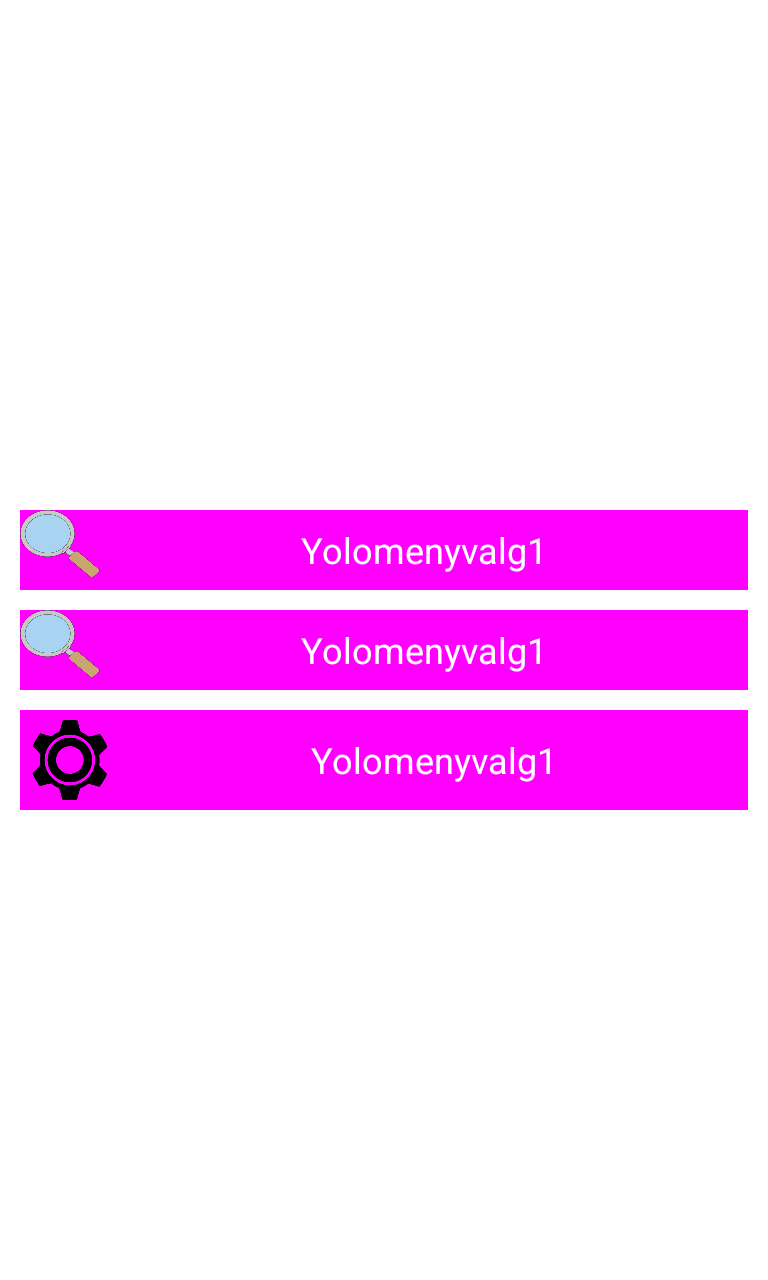
Repository: pumalove/workspace
Layout: MainActivity/res/layout/gridview.xml
These files come from the project's save history. The layout is drawn as it stood at one moment and after the next save; the edit follows.
It is drawn on a 768 x 1280 px phone screen (xhdpi) without system bars, with theme AppTheme; the app's code is not run. Lists and similar views that code fills are empty.

Above is the layout before, as saved 2014-03-18 10:41:29.

### MainActivity/res/layout/gridview.xml
<?xml version="1.0" encoding="utf-8"?>
<LinearLayout xmlns:android="http://schemas.android.com/apk/res/android"
    android:layout_width="match_parent"
    android:layout_height="wrap_content"
    android:orientation="vertical"
    android:padding="10dp">

    <LinearLayout
        android:layout_marginBottom="20dp"
        android:layout_width="fill_parent"
        android:layout_height="wrap_content">

        <GridView
            android:id="@+id/gridview"
            android:layout_width="fill_parent"
            android:layout_height="225dp"
            android:columnWidth="90dp"
            android:numColumns="auto_fit"
            android:verticalSpacing="5dp"
            android:horizontalSpacing="5dp"
            android:stretchMode="columnWidth"
            android:gravity="center"
            />
	</LinearLayout>


    <LinearLayout
        android:id="@+id/linearlayout2"
        android:layout_width="fill_parent"
        android:layout_height="wrap_content"
        android:layout_gravity="center"
        android:orientation="vertical"
        android:layout_below="@id/gridview">

        <LinearLayout
            android:id="@+id/customButton1"
            android:layout_width="fill_parent"
            android:layout_height="wrap_content"
            android:layout_marginBottom="10dp"
            android:orientation="horizontal"
            android:clickable="true"
            android:focusable="true"
            android:background="@drawable/custom_buttons"
            >

            <ImageView
                android:id="@+id/imageView1"
                android:layout_width="40dp"
                android:layout_height="40dp"
                android:scaleType="centerCrop"
                android:src="@drawable/sample_0" />

			<LinearLayout
			    android:layout_width="fill_parent"
            	android:layout_height="wrap_content"
            	android:gravity="center"
            	android:layout_gravity="center" >
            	<TextView
                	android:layout_width="wrap_content"
                	android:layout_height="wrap_content"
                	android:layout_gravity="center"
                	android:text="Yolomenyvalg1"
                	android:textColor="#FFFFFF"
                	android:textSize="18dp"/>
			</LinearLayout>
		</LinearLayout>


        <LinearLayout
            android:id="@+id/customButton2"
            android:layout_width="fill_parent"
            android:layout_height="wrap_content"
            android:layout_marginBottom="10dp"
            android:orientation="horizontal"
            android:gravity="center"
            android:clickable="true"
            android:focusable="true"
            android:background="@drawable/custom_buttons"
            >

            <ImageView
                android:id="@+id/imageView2"
                android:layout_width="40dp"
                android:layout_height="40dp"
                android:scaleType="centerCrop"
                android:src="@drawable/sample_0" />

           <LinearLayout
			    android:layout_width="fill_parent"
            	android:layout_height="wrap_content"
            	android:gravity="center"
            	android:layout_gravity="center" >
            	<TextView
                	android:layout_width="wrap_content"
                	android:layout_height="wrap_content"
                	android:layout_gravity="center"
                	android:text="Yolomenyvalg1"
                	android:textColor="#FFFFFF"
                	android:textSize="18dp"/>
			</LinearLayout>

        </LinearLayout>

        <LinearLayout
            android:id="@+id/customButton3"
            android:layout_width="fill_parent"
            android:layout_height="wrap_content"
            android:layout_marginBottom="10dp"
            android:orientation="horizontal"
            android:gravity="center"
            android:clickable="true"
            android:focusable="true"
            android:background="@drawable/custom_buttons"
            >

            <ImageView
                android:id="@+id/imageView3"
                android:layout_width="40dp"
                android:layout_height="40dp"
                android:scaleType="centerCrop"
                android:src="@drawable/settings"
                android:layout_margin="5dp" />

            <LinearLayout
			    android:layout_width="fill_parent"
            	android:layout_height="wrap_content"
            	android:gravity="center"
            	android:layout_gravity="center" >
            	<TextView
                	android:layout_width="wrap_content"
                	android:layout_height="wrap_content"
                	android:layout_gravity="center"
                	android:text="Yolomenyvalg1"
                	android:textColor="#FFFFFF"
                	android:textSize="18dp"/>
			</LinearLayout>

        </LinearLayout>
    </LinearLayout>



</LinearLayout>

### MainActivity/res/values/styles.xml
<resources xmlns:android="http://schemas.android.com/apk/res/android">

    <!--
        Base application theme, dependent on API level. This theme is replaced
        by AppBaseTheme from res/values-vXX/styles.xml on newer devices.
    -->
    <style name="AppBaseTheme" parent="android:Theme.Light">
        <!--
            Theme customizations available in newer API levels can go in
            res/values-vXX/styles.xml, while customizations related to
            backward-compatibility can go here.
        -->
    </style>

    <!-- Application theme. -->
    <style name="AppTheme" parent="AppBaseTheme">
        <!-- All customizations that are NOT specific to a particular API-level can go here. -->
    </style>

</resources>

### MainActivity/res/values-v11/styles.xml
<resources>

    <!--
        Base application theme for API 11+. This theme completely replaces
        AppBaseTheme from res/values/styles.xml on API 11+ devices.
    -->
    <style name="AppBaseTheme" parent="android:Theme.Holo.Light">
        <!-- API 11 theme customizations can go here. -->
    </style>

</resources>

### MainActivity/res/drawable/custom_buttons.xml
<?xml version="1.0" encoding="utf-8"?>
<selector xmlns:android="http://schemas.android.com/apk/res/android">

  <item android:state_pressed="true" >
    <shape>
      <solid android:color="#FF0000" />
    </shape>
  </item>

  <item android:state_focused="true" >
    <shape>
      <solid android:color="#DDDDDD" />
    </shape>
  </item>

  <item>
    <shape>
      <solid android:color="#FF00FF" />
    </shape>
  </item>

</selector>

### MainActivity/res/values/strings.xml
<?xml version="1.0" encoding="utf-8"?>
<resources>

    <string name="app_name">intelligenceTest</string>
    <string name="action_settings">Settings</string>
    <string name="title_section1">Section 1</string>
    <string name="title_section2">Section 2</string>
    <string name="title_section3">Section 3</string>
    <string name="scan_only_qr_codes">Scan Only QR Codes</string>
    <string name="scan">Scan</string>

</resources>

After the next save:
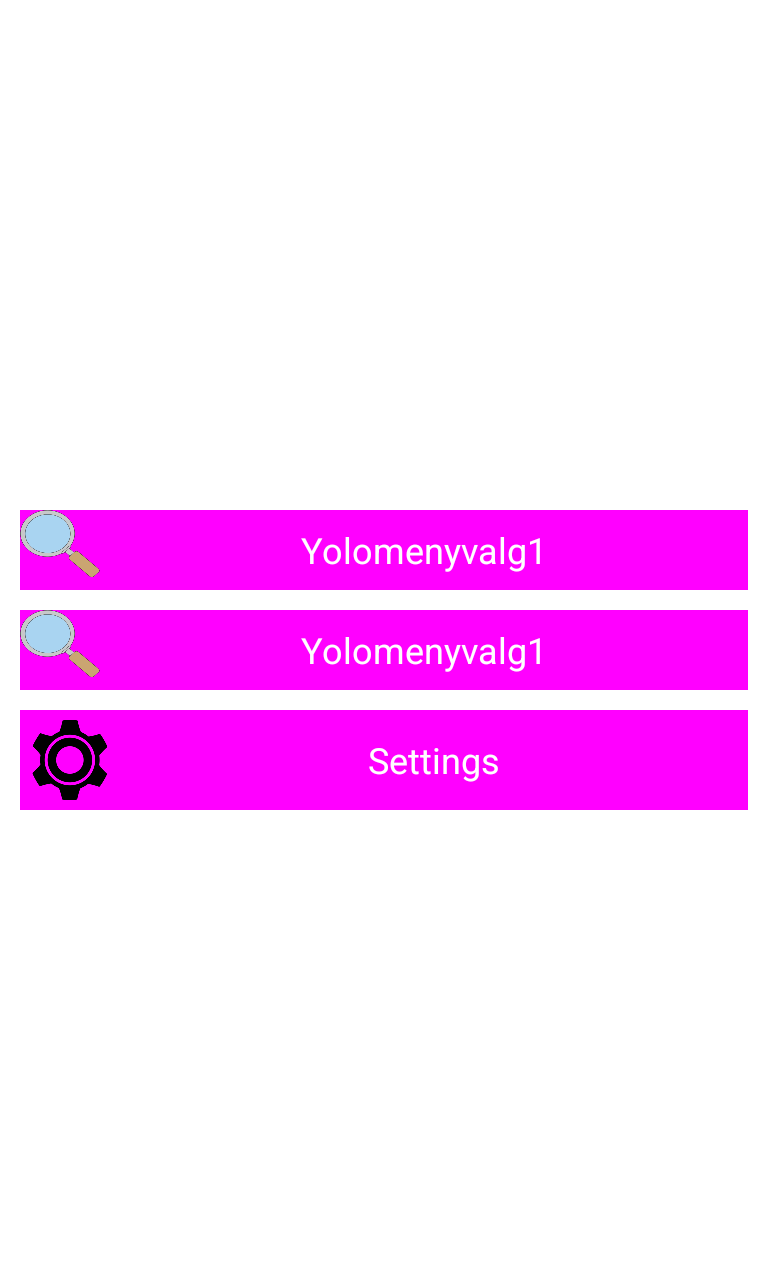
Saved 3 min 3 s later.
--- a/MainActivity/res/layout/gridview.xml
+++ b/MainActivity/res/layout/gridview.xml
@@ -130,7 +130,7 @@
                 	android:layout_width="wrap_content"
                 	android:layout_height="wrap_content"
                 	android:layout_gravity="center"
-                	android:text="Yolomenyvalg1"
+                	android:text="@string/action_settings"
                 	android:textColor="#FFFFFF"
                 	android:textSize="18dp"/>
 			</LinearLayout>
